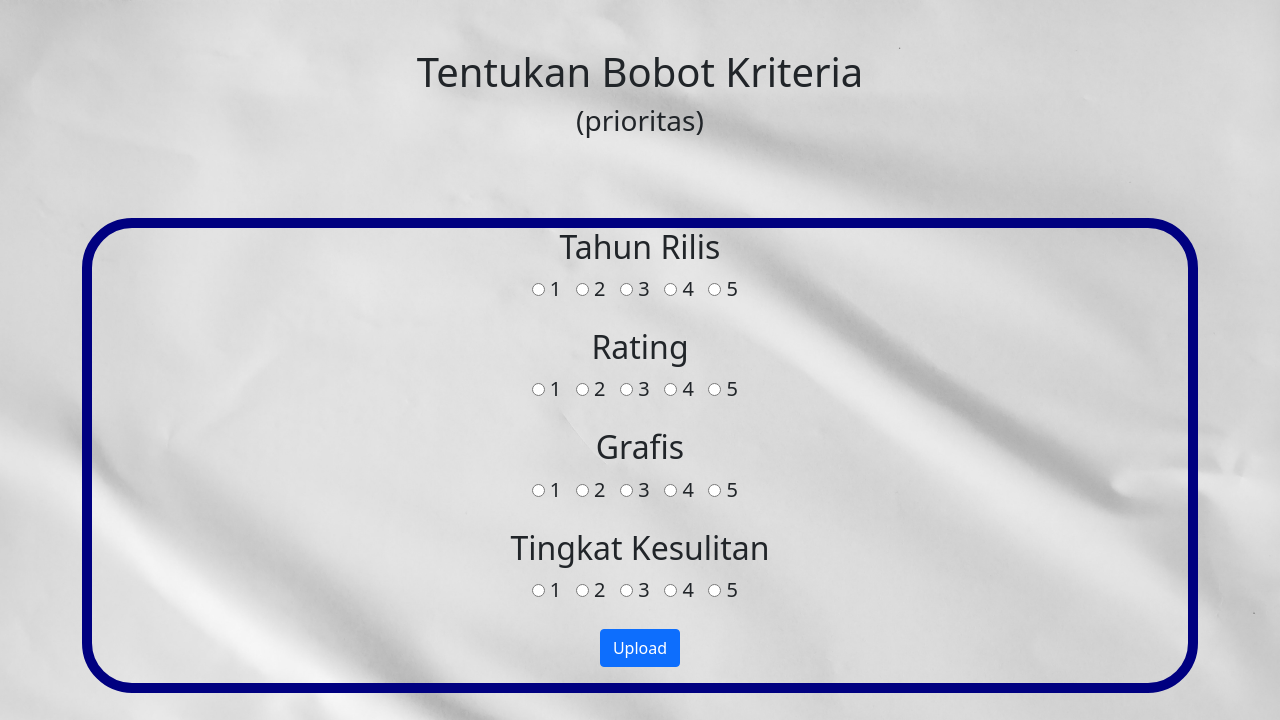
Repository: aqordeon/SPKWP
Page: http://localhost/hitungKriteria.php
An editor plug-in stored every save of this project. The page is shown before and after the next save, followed by the edit.
The browser window is 1280 px wide. The pictures show the whole page.
The page is run by PHP 8.4 with error messages shown; the project is at /var/www/html/. Queries for data that is not in the repository find no rows.

Above is the page before, as saved 2021-01-13 23:44:02.

After the next save:
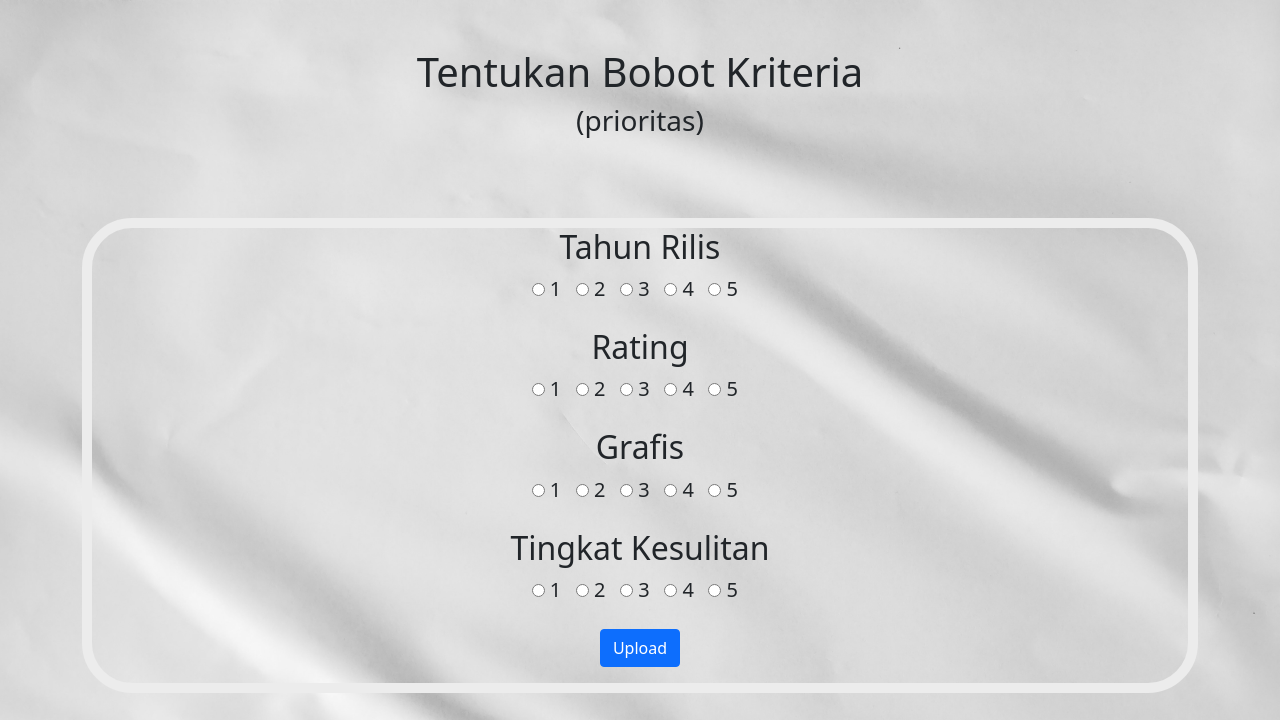
Saved 10 s later.
--- a/hitungKriteria.php
+++ b/hitungKriteria.php
@@ -33,7 +33,7 @@
             ?>
 
             <!-- FORM -->
-            <div class="container" style="border: 10px solid navy; border-radius: 50px;">
+            <div class="container" style="border: 10px solid #ececec; border-radius: 50px;">
                 <form method="post" action="" enctype='multipart/form-data'>
                     <h2 style="">Tahun Rilis</h2>
                     <input type="radio" id="optradio_tahunrilis1" name="radio_tahunrilis" value="1" required="required"><label for="optradio_tahunrilis1">&nbsp;1&nbsp;&nbsp;</label>
